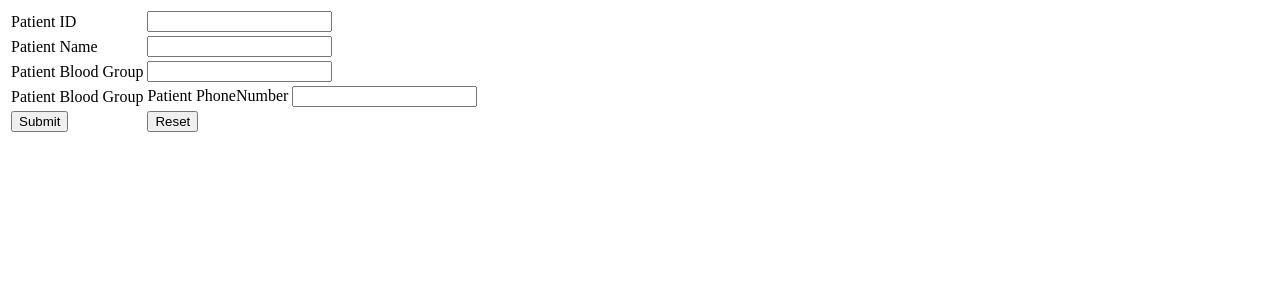
Repository: kishangk10/AllJava
Page: eclipse-workspace/project.patient/src/main/webapp/insert.html
These files come from the project's save history. The page is drawn as it stood at one moment and after the next save; the edit follows.
The browser window is 1280 px wide. The pictures show the whole page.

Above is the page before, as saved 2023-02-16 06:47:37.

After the next save:
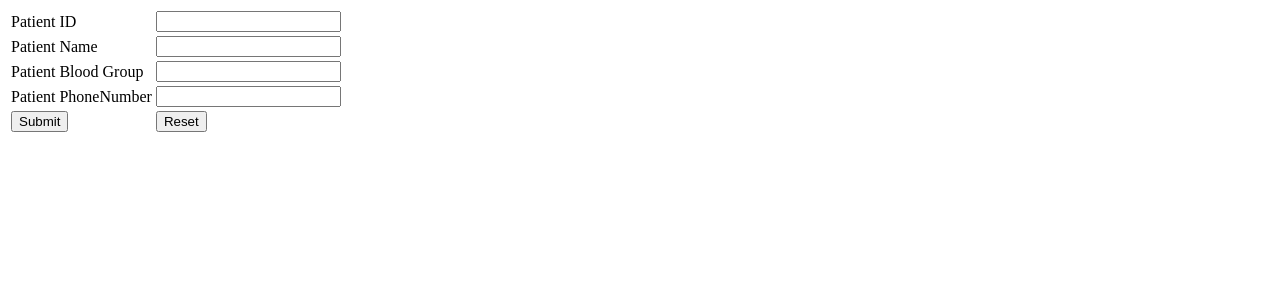
Saved 32 s later.
--- a/eclipse-workspace/project.patient/src/main/webapp/insert.html
+++ b/eclipse-workspace/project.patient/src/main/webapp/insert.html
@@ -34,10 +34,10 @@
 </tr>
 <tr>
 <td>
-<label>Patient Blood Group</label>
+<label>Patient PhoneNumber</label>
 </td>
 <td>
-Patient PhoneNumber <input type="text" name="pnumber">
+<input type="text" name="pnumber">
 </td>
 </tr>
 <tr>
